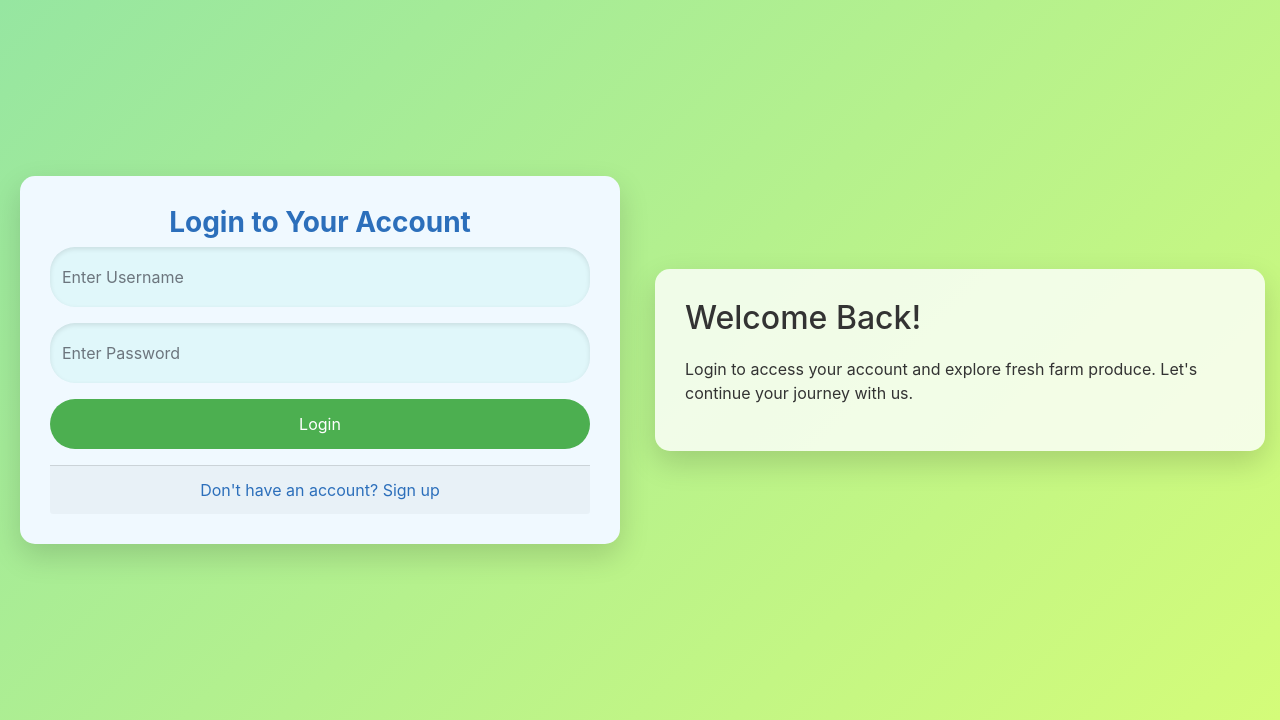
Repository: Dineshbabu290904/DigiMart
Page: http://localhost/DigiMart/login.jsp
The author's editor kept a copy of each file at every save. The page is drawn from the files as they stood at one save, then again after the next save.
The browser window is 1280 px wide. The pictures show the whole page.
Some web libraries are served in a nearby version. The page is served by Tomcat 9. Other server files are loaded and not shown.

Above is the page before, as saved 2024-10-16 15:30:44.

### DigiMart/src/main/webapp/login.jsp
<!DOCTYPE html>
<html lang="en">
<head>
    <meta charset="UTF-8">
    <meta name="viewport" content="width=device-width, initial-scale=1.0">
    <title>Login and Signup</title>
    <!-- Bootstrap CSS CDN -->
    <link href="https://stackpath.bootstrapcdn.com/bootstrap/4.5.2/css/bootstrap.min.css" rel="stylesheet">
    <!-- Custom CSS -->
    <style>
        body {
            background: linear-gradient(135deg, #96e6a1 0%, #d4fc79 100%); /* Light green gradient */
            display: flex;
            min-height: 100vh;
        }
        .section {
            display: flex;
            align-items: center;
            justify-content: center;
            min-height: 100vh;
        }
        .card-custom {
            border-radius: 15px;
            background: #f0f9ff; /* Light blue background */
            padding: 30px;
            box-shadow: 0 12px 30px rgba(0, 0, 0, 0.15); /* Soft shadow */
            transition: transform 0.3s ease;
            width: 100%; /* Ensure full width on small devices */
            max-width: 600px; /* Set maximum width for the card */
        }
        .card-custom:hover {
            transform: translateY(-5px); /* Subtle hover lift */
        }
        .card-custom h3 {
            font-weight: bold;
            color: #2c6fbb; /* Cool blue for headings */
        }
        .form-control {
            border-radius: 25px;
            height: 60px; /* Increased height for input fields */
            background-color: #e0f7fa; /* Light cyan background for inputs */
            border: none;
            box-shadow: inset 0 2px 5px rgba(0, 0, 0, 0.1);
        }
        .btn-custom {
            border-radius: 25px;
            padding: 12px 25px;
            background-color: #4caf50; /* Light green button */
            color: white;
        }
        .description-card {
            background: rgba(255, 255, 255, 0.8); /* Semi-transparent white */
            border-radius: 15px;
            padding: 30px;
            box-shadow: 0 12px 30px rgba(0, 0, 0, 0.15);
            color: #333;
        }
        .description-card h2 {
            font-size: 2rem;
            margin-bottom: 20px;
        }
        .card-footer a {
            color: #2c6fbb;
        }
    </style>
</head>
<body>

<div class="container-fluid">
    <div class="row section">
        <!-- Left Side: Login Form -->
        <div class="col-md-6 d-flex align-items-center justify-content-center">
            <div class="card-custom">
                <h3 class="text-center">Login to Your Account</h3>
                <form action="login" method="post">
                    <div class="form-group">
                        <input type="text" class="form-control" id="username" name="username" placeholder="Enter Username" required>
                    </div>
                    <div class="form-group">
                        <input type="password" class="form-control" id="password" name="password" placeholder="Enter Password" required>
                    </div>
                    <button type="submit" class="btn btn-custom btn-block">Login</button>
                </form>
                <div class="card-footer text-center mt-3">
                    <a href="signup.jsp">Don't have an account? Sign up</a>
                </div>
            </div>
        </div>

        <!-- Right Side: Description Card for Login -->
        <div class="col-md-6 d-none d-md-flex align-items-center justify-content-center">
            <div class="description-card">
                <h2>Welcome Back!</h2>
                <p>Login to access your account and explore fresh farm produce. Let's continue your journey with us.</p>
            </div>
        </div>
    </div>
</div>



<!-- Bootstrap JS and dependencies -->
<script src="https://code.jquery.com/jquery-3.5.1.slim.min.js"></script>
<script src="https://cdn.jsdelivr.net/npm/@popperjs/core@2.5.3/dist/umd/popper.min.js"></script>
<script src="https://stackpath.bootstrapcdn.com/bootstrap/4.5.2/js/bootstrap.min.js"></script>
</body>
</html>

After the next save:
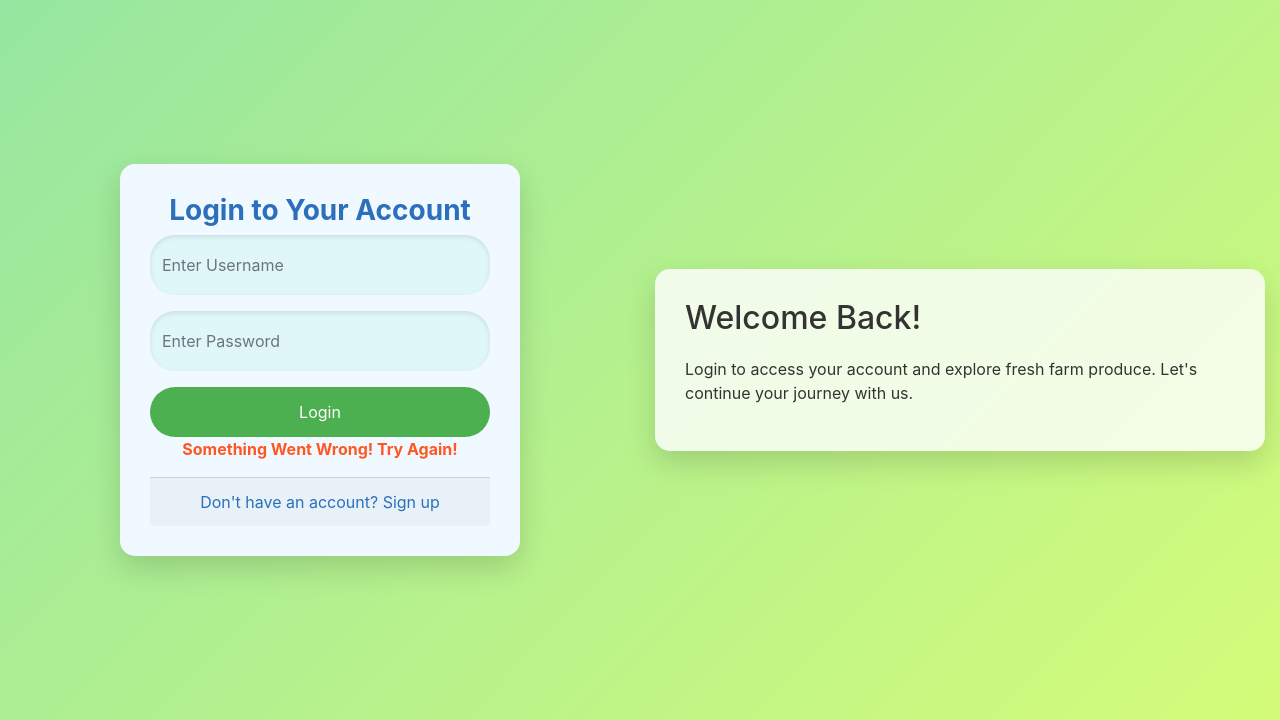
Saved 4 min 11 s later.
--- a/DigiMart/src/main/webapp/login.jsp
+++ b/DigiMart/src/main/webapp/login.jsp
@@ -26,7 +26,7 @@
             box-shadow: 0 12px 30px rgba(0, 0, 0, 0.15); /* Soft shadow */
             transition: transform 0.3s ease;
             width: 100%; /* Ensure full width on small devices */
-            max-width: 600px; /* Set maximum width for the card */
+            max-width: 400px; /* Set maximum width for the card */
         }
         .card-custom:hover {
             transform: translateY(-5px); /* Subtle hover lift */
@@ -62,6 +62,12 @@
         .card-footer a {
             color: #2c6fbb;
         }
+        .message {
+            color: #ff5722; /* Error message color */
+            font-weight: bold;
+            text-align: center;
+            margin-bottom: 15px;
+        }
     </style>
 </head>
 <body>
@@ -81,6 +87,14 @@
                     </div>
                     <button type="submit" class="btn btn-custom btn-block">Login</button>
                 </form>
+                <%
+                    String msg = request.getParameter("msg");
+                    if ("notexist".equals(msg)) {
+                %>
+                <div class="message">Incorrect Username or Password</div>
+                <% } else if ("invalid".equals(msg) || msg == null) { %>
+                <div class="message">Something Went Wrong! Try Again!</div>
+                <% } %>
                 <div class="card-footer text-center mt-3">
                     <a href="signup.jsp">Don't have an account? Sign up</a>
                 </div>
@@ -99,6 +113,7 @@
 
 
 
+
 <!-- Bootstrap JS and dependencies -->
 <script src="https://code.jquery.com/jquery-3.5.1.slim.min.js"></script>
 <script src="https://cdn.jsdelivr.net/npm/@popperjs/core@2.5.3/dist/umd/popper.min.js"></script>

After the save that followed:
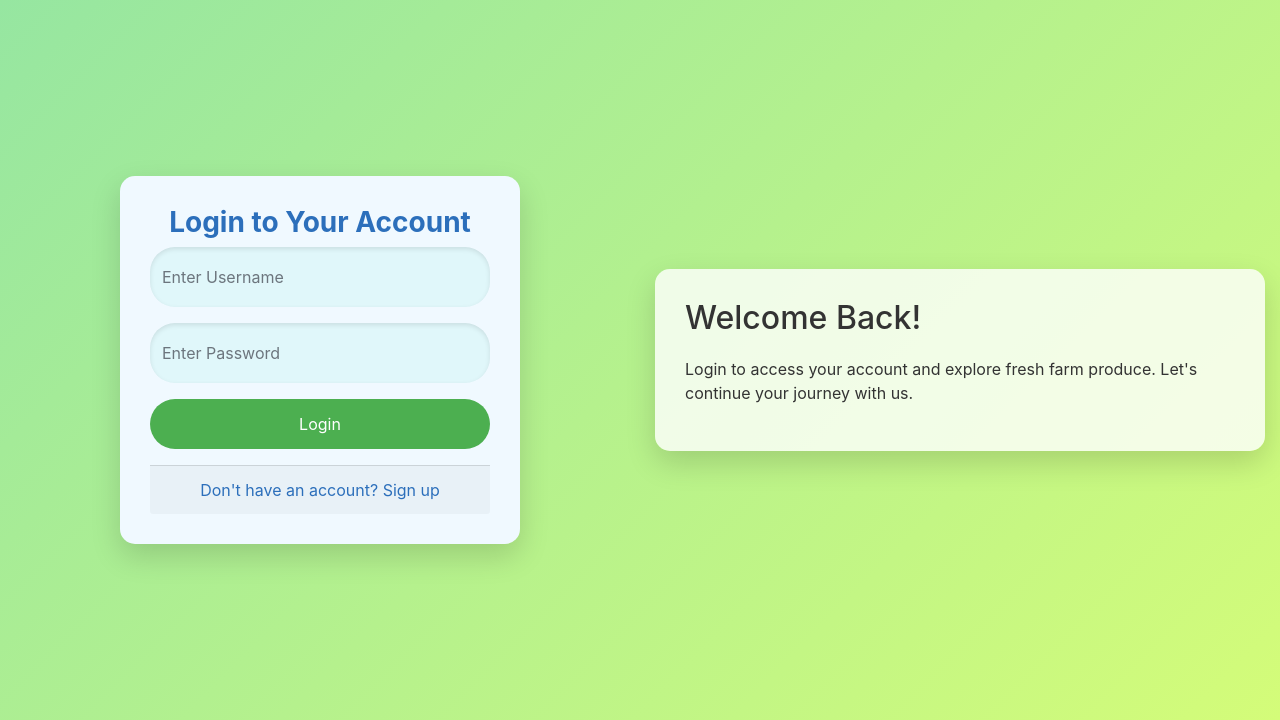
Saved 25 s later.
--- a/DigiMart/src/main/webapp/login.jsp
+++ b/DigiMart/src/main/webapp/login.jsp
@@ -92,7 +92,7 @@
                     if ("notexist".equals(msg)) {
                 %>
                 <div class="message">Incorrect Username or Password</div>
-                <% } else if ("invalid".equals(msg) || msg == null) { %>
+                <% } else if ("invalid".equals(msg)) { %>
                 <div class="message">Something Went Wrong! Try Again!</div>
                 <% } %>
                 <div class="card-footer text-center mt-3">
